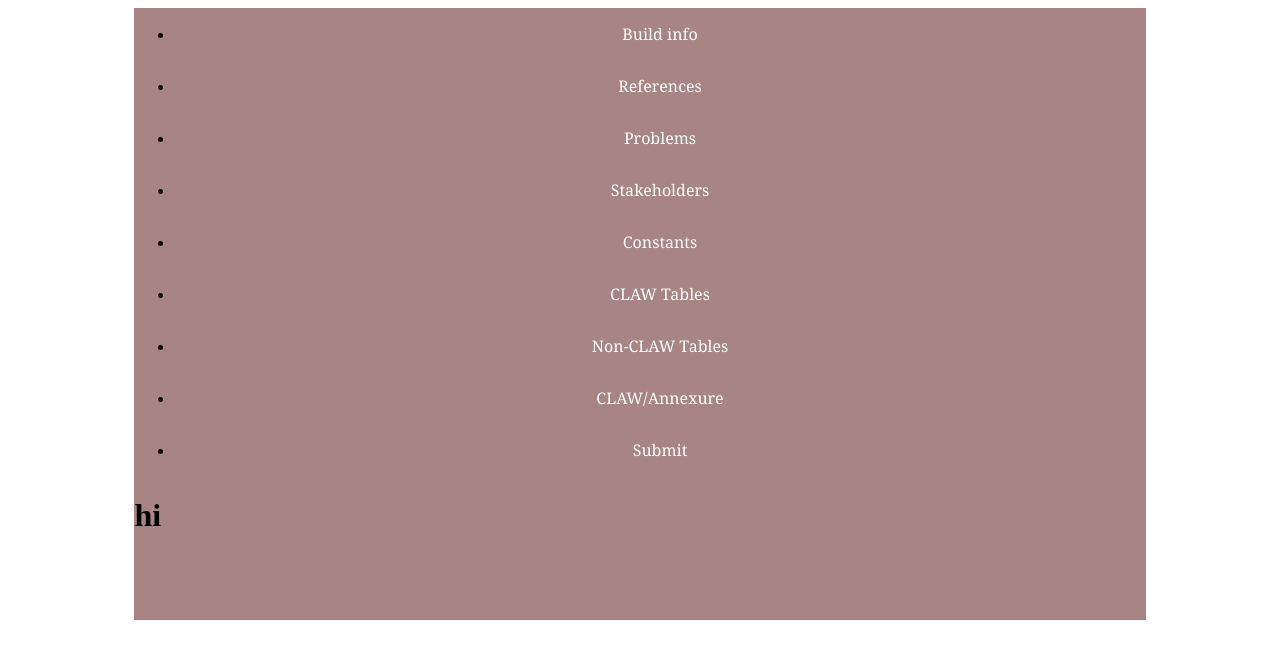
Repository: Rammjay/vimala-activity-report
Page: http://localhost/
An editor plug-in stored every save of this project. The page is shown before and after the next save, followed by the edit.
The browser window is 1280 px wide. The pictures show the whole page.
The page is served by the project's application, run on Django 5.2 (report/manage.py). Other server files are loaded and not shown.

Above is the page before, as saved 2024-09-22 11:14:00.

### vim/report/reports/templates/1.html
<html>
    <head>

    <style>
        .container {
            max-width: 80%;
            margin: auto;
            height: 85vh;
            background-color: rgb(169, 132, 132);
        }

        .navbar a {
            color: white;
            text-decoration: none;
            padding: 15px;
            display: block;
            font-family: Cambria, Cochin, Georgia, Times, 'Times New Roman', serif;
            text-align: center;
        }
        .navbar a:hover {
            background-color: rgb(101, 101, 101);
        }
        .navbar li {
            flex-grow: 1;
        }

    </style>
    </head>
    <body>
        <div class="container">
            <div class="header">
                <nav class="navbar" >
                    <ul>
                        <li class="selected"><a href="/" onclick="handleTabClick(event, this)">Build info</a></li>
                        <li><a href="/references" onclick="handleTabClick(event, this)">References</a></li>
                        <li><a href="/problems" onclick="handleTabClick(event, this)">Problems</a></li>
                        <li><a href="/stakeholders" onclick="handleTabClick(event, this)">Stakeholders</a></li>
                        <li><a href="/constants" onclick="handleTabClick(event, this)">Constants</a></li>
                        <li><a href="/claw" onclick="handleTabClick(event, this)">CLAW Tables</a></li>
                        <li><a href="/nonclaw" onclick="handleTabClick(event, this)">Non-CLAW Tables</a></li>
                        <li><a href="/annexure" onclick="handleTabClick(event, this)">CLAW/Annexure</a></li>
                        <li><a href="/submit" onclick="handleTabClick(event, this)">Submit</a></li>
                    </ul>
                </nav>
            </div>
            <h1>hi</h1>
        </div>
    </body>
</html>

### vim/report/report/views.py
from django.shortcuts import render, redirect
from django.core.exceptions import ValidationError
from reports.models import Table
import uuid
from django.http import HttpResponseRedirect


def main(request):

    return render(request, '1.html')

### vim/report/report/urls.py
"""
URL configuration for report project.

The `urlpatterns` list routes URLs to views. For more information please see:
    https://docs.djangoproject.com/en/5.1/topics/http/urls/
Examples:
Function views
    1. Add an import:  from my_app import views
    2. Add a URL to urlpatterns:  path('', views.home, name='home')
Class-based views
    1. Add an import:  from other_app.views import Home
    2. Add a URL to urlpatterns:  path('', Home.as_view(), name='home')
Including another URLconf
    1. Import the include() function: from django.urls import include, path
    2. Add a URL to urlpatterns:  path('blog/', include('blog.urls'))
"""
from django.contrib import admin
from django.urls import path
from . import views

urlpatterns = [
    path('admin/', admin.site.urls),
    path('',views.main, name="main"),
]

After the next save:
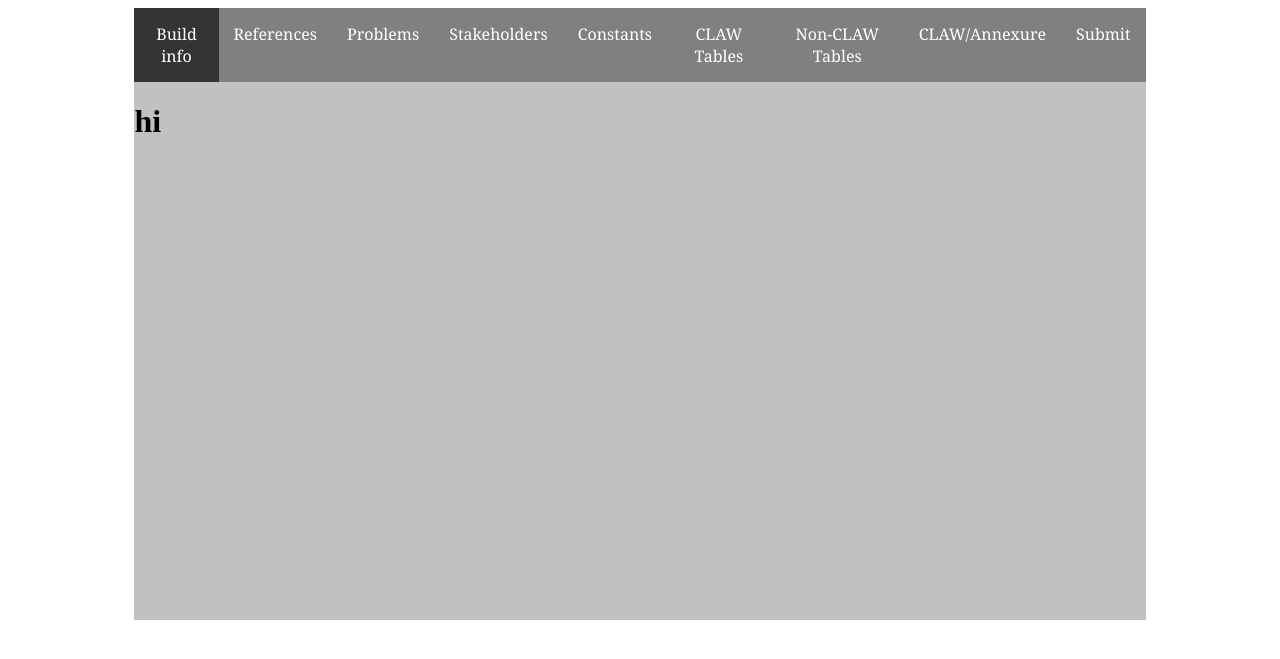
Saved 50 s later.
--- a/vim/report/reports/templates/1.html
+++ b/vim/report/reports/templates/1.html
@@ -2,13 +2,32 @@
     <head>
 
     <style>
+        html {
+            overflow: hidden;
+            background-color: rgb(255, 255, 255);
+        }
+        h4 {
+            text-align: left;
+        }
         .container {
             max-width: 80%;
             margin: auto;
             height: 85vh;
-            background-color: rgb(169, 132, 132);
+            background-color: rgb(193, 193, 193);
         }
-
+        fieldset {
+            height: fit-content;
+            font-family: Cambria, Cochin, Georgia, Times, 'Times New Roman', serif;
+        }
+        .navbar ul {
+            display: flex;
+            list-style-type: none;
+            background-color: grey;
+            padding: 0px;
+            margin: 0px;
+            overflow: hidden;
+            width: 100%;
+        }
         .navbar a {
             color: white;
             text-decoration: none;
@@ -22,6 +41,47 @@
         }
         .navbar li {
             flex-grow: 1;
+        }
+        .grid-container {
+            align-items: center;
+            display: grid;
+            width: 70%;
+            height: 50vh;
+            padding-top: 5vh;
+            padding-left: 10vh;
+            grid-template-columns: 1fr 1fr;
+            grid-template-rows: 1fr 1fr;
+            gap: 10px;
+        }
+        .grid-item {
+            background-color: rgb(193, 193, 193);
+            display: flex;
+            font-family: Cambria, Cochin, Georgia, Times, 'Times New Roman', serif;
+            font-size: 24px;
+            padding-left: 5vh;
+            color: white;
+            border-radius: 8px;
+        }
+        .bt {
+            padding-left: 18vh;
+            padding-top: 12vh;
+            font-family: Cambria, Cochin, Georgia, Times, 'Times New Roman', serif;
+        }
+        .exit {
+            text-align: center;
+            font-family: Cambria, Cochin, Georgia, Times, 'Times New Roman', serif;
+        }
+        .exitb {
+            margin-left: 2vh;
+            background-color: #f86e64;
+            font-family: Cambria, Cochin, Georgia, Times, 'Times New Roman', serif;
+            color: white;
+            padding: 10px;
+            text-align: center;
+            font-size: 16px;
+        }
+        .selected {
+            background-color: rgb(52, 52, 52);
         }
 
     </style>
